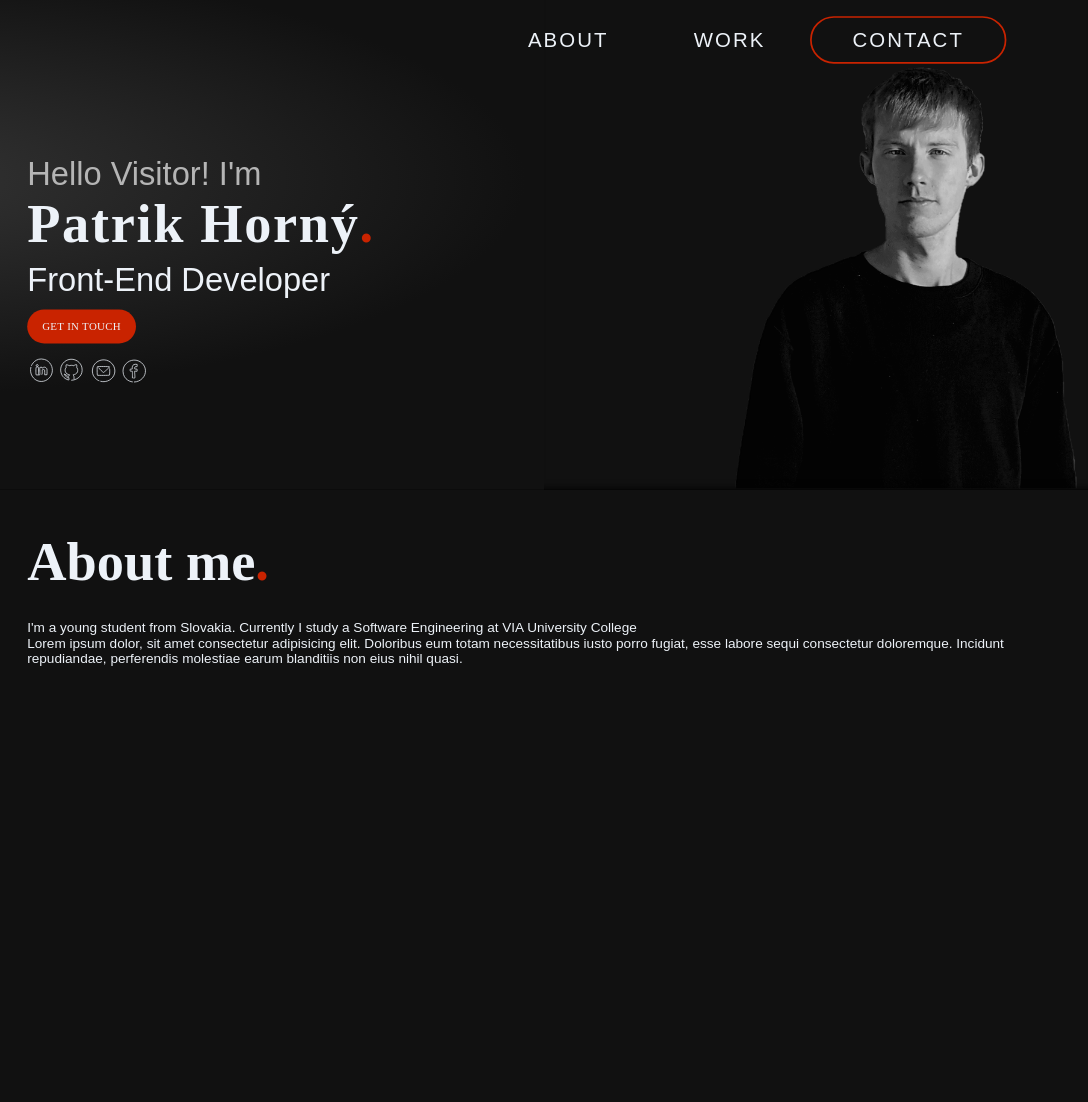
Repository: Spreceriany/portfolio
Page: index.html
The author's editor kept a copy of each file at every save. The page is drawn from the files as they stood at one save, then again after the next save.
The browser window is 1280 px wide. The pictures show the whole page, at 85% of full size.
Some web fonts or font styles are not loaded; a fallback is used. The style sheet was rebuilt from its Sass, Less or Tailwind sources for each picture, by a compiler version that may differ from the author's.

Above is the page before, as saved 2021-03-08 12:19:17.

### index.html
<!DOCTYPE html>
<html lang="en">

<head>
    <meta charset="UTF-8">
    <meta http-equiv="X-UA-Compatible" content="IE=edge">
    <meta name="viewport" content="width=device-width, initial-scale=1.0">
    <title>Patrik Horny | Portfolio</title>
    <link rel="stylesheet" href="css/style.css">
    <link rel="preconnect" href="https://fonts.gstatic.com">
    <link href="https://fonts.googleapis.com/css2?family=Asul&family=Chivo:wght@900&display=swap" rel="stylesheet">
</head>

<body>
    <header>
        <nav>
            <ul>
                <li><a href="#">About</a></li>
                <li><a href="#">Work</a></li>
                <li><a href="#">Contact</a></li>
            </ul>
            <div class="burger">
                <div class="line1"></div>
                <div class="line2"></div>
                <div class="line3"></div>
            </div>
        </nav>
    </header>

    <main>
        <section class="hero">
            <div class="hero__left-col">
                <p class="gray">Hello Visitor! I'm</p>
                <h1>Patrik Horný<span class="orange">.</span></h1>
                <p>Front-End Developer</p>
                <a href="#" class="btn">Get in touch</a>
                <ul>
                    <li><a href="#">
                        <?xml version="1.0" ?><svg height="256px" id="Layer_1" version="1.1" viewBox="0 0 256 256" width="256px" xml:space="preserve" xmlns="http://www.w3.org/2000/svg" xmlns:xlink="http://www.w3.org/1999/xlink"><path class="st0" d="M34.367,105.308c-15.255,58.994,21.499,118.714,77.309,130.865c54.491,11.864,108.741-24.931,122.132-78.209  c13.576-54.011-18.103-112.414-72.055-127.246C77.289,8.035,39.505,84.527,39.501,88.37"/><path class="st0" d="M106.662,168.972c-0.36-21.051,0.978-61.432-0.945-63.422  c-1.923-1.99-17.046-7.923-19.883-12.471c-2.838-4.548-2.011-13.662,8.126-13.674s11.419,8.666,8.78,14.31  c-2.64,5.644-17.584,9.811-19.288,12.105c-1.704,2.294-2.429,68.28,0,69.899c2.429,1.619,32.926,1.484,35.624-0.54  c2.699-2.024-3.374-67.47,0-69.09s17.407-1.889,19.162-1.079c1.754,0.81,0.675,7.692,1.889,8.366  c1.214,0.675,10.171-11.177,24.289-9.446c10.46,1.282,19.837,10.121,21.321,18.892s0.899,34.545,0.54,51.817  c-7.197,0.27-14.394,0.675-21.59,0.945c-0.27-14.574,1.08-33.6-0.81-43.586c-1.889-9.986-22.328-9.849-22.13,0  s1.619,43.586-2.699,43.451" id="linkedin"/></svg>
                    </a></li>
                    <li><a href="#">
                        <?xml version="1.0" ?><svg height="256px" id="Layer_2" version="1.1" viewBox="0 0 256 256" width="256px" xml:space="preserve" xmlns="http://www.w3.org/2000/svg" xmlns:xlink="http://www.w3.org/1999/xlink"><path class="st0" d="M128.1,222.073"/><path class="st0" d="M130.164,226.986c63.917-3.557,108.667-52.057,97.259-116.5c-9.288-52.47-60.722-87.613-112.739-80.577  C61.952,37.041,21.39,85.877,27.386,139.004c5.689,47.857,35.128,70.23,59.685,80.335c5.717,2.353,13.401,5.785,15.997,5.229  c2.596-0.556,1.763-14.95,1.763-21.889c-16,2.459-21.475-3.841-24.875-7.563c-3.857-4.222-6.125-8.563-10.063-14.938  s-11.063-4.875-11.813-8.563s15-2.688,26.313,11.25c8.188,10.146,16.928,7.089,21.625,4.188c0.154-1.612,0.526-3.775,1.438-6.188  c0.967-2.557,3.625-4.104,3.208-5.854c-0.417-1.75-21.804-0.577-34-17.667c-8.809-12.344-9.129-26.955-5.667-37.833  c2.322-7.297,6.196-12.443,8.833-15.417c-1.011-2.162-2.513-6.109-2.583-11.25c-0.076-5.549,1.554-9.796,2.583-12  c3.492,0.104,8.54,0.644,14.25,2.667c5.469,1.937,9.593,4.542,12.333,6.583c4.975-1.671,12.218-3.489,21.083-3.667  c10.135-0.203,18.344,1.819,23.667,3.583c2.616-2.336,6.987-5.648,13.167-7.917c4.489-1.648,8.518-2.229,11.5-2.417  c1.143,2.165,3.075,6.519,3.167,12.332c0.085,5.351-1.426,9.47-2.416,11.664c2.867,3.459,7.394,9.875,9.502,18.995  c0.751,3.249,4.857,20.981-6.996,36.24c-12.408,15.974-33.06,13.524-33.992,15.73c-0.932,2.206,3.964,6.297,6.266,14.877  c2.302,8.58,1.327,24.979,1.327,24.979"/></svg>
                    </a></li>
                    <li><a href="#">
                        <?xml version="1.0" ?><svg height="256px" id="Layer_3" version="1.1" viewBox="0 0 256 256" width="256px" xml:space="preserve" xmlns="http://www.w3.org/2000/svg" xmlns:xlink="http://www.w3.org/1999/xlink"><path class="st0" d="M90.122,111.336c4.814,10.698,40.475,41.901,43.863,42.08s58.662-49.39,57.057-52.778  S79.246,96.18,76.214,99.568c-3.031,3.388-1.962,78.097,0.713,80.237s111.083,2.318,113.401-1.426  c2.318-3.744,4.814-57.414,1.783-60.623"/><path class="st0" d="M108.268,237.352c59.036,15.089,118.653-21.832,130.648-77.676c11.711-54.524-25.236-108.671-78.551-121.912  C106.315,24.34,48.002,56.183,33.321,110.176c-22.447,84.527,54.151,122.097,57.994,122.09"/></svg>
                    </a></li>
                    <li><a href="#">
                        <?xml version="1.0" ?><svg height="256px" id="Layer_1" version="1.1" viewBox="0 0 256 256" width="256px" xml:space="preserve" xmlns="http://www.w3.org/2000/svg" xmlns:xlink="http://www.w3.org/1999/xlink"><g><path class="st0" d="M118.489,204.01c0.668-30.724-0.583-59.627-0.514-61.433c0.099-2.572-16.945,1.061-19.046-1.053   c-2.101-2.114-3.309-18.205-0.521-19.591s15.355,1.129,18.007-0.526c2.652-1.655-11.513-55.269,46.601-43.421   c1.589,0.795-0.132,18.732-1.059,20.122c-0.927,1.39-12.708-1.787-19.062,3.177c-6.354,4.964-3.707,18.664-2.383,19.591   c1.324,0.927,20.188,0.198,21.445,1.589s1.456,18.798,0,20.122c-1.456,1.324-20.819-2.41-22.769-1.058   c-1.606,1.113,4.224,60.038,2.558,62.373c-1.666,2.335-7.731,2.133-11.56,2.226"/><path class="st0" d="M136.577,243.358c60.912-1.648,108.145-53.478,104.395-110.472c-3.662-55.647-54.02-97.612-108.923-95.753   C76.39,39.017,29.02,85.605,29.68,141.555c1.549,87.443,85.505,102.61,89.2,101.551"/></g></svg>
                    </a></li>
                </ul>
            </div>
            <div class="hero__right-col">
                <img src="./img/my_photo.png" alt="my-photo">
            </div>
        </section>

        <section class="about">
            <div class="about__left-col">
                <h2>About me<span class="orange">.</span></h2>

            </div>

            <div class="about__right-col">
                <p>I'm a young student from Slovakia. Currently I study a Software Engineering at VIA University College</p>
                <p>Lorem ipsum dolor, sit amet consectetur adipisicing elit. Doloribus eum totam necessitatibus iusto porro fugiat, esse labore sequi consectetur doloremque. Incidunt repudiandae, perferendis molestiae earum blanditiis non eius nihil quasi.</p>
            </div>
        </section>
    </main>


    <script src="js/script.js"></script>

</body>

</html>

### css/style.scss
body {
  font-family: "Asul", "Chivo", sans-serif;
}

* {
  box-sizing: border-box;
  margin: 0;
  padding: 0;
  -webkit-font-smoothing: antialiased;
  -moz-osx-font-smoothing: grayscale;
}

$white-ish: #edf2f8;
$orange: #c92300;
$gray: #b5b5b5;

.orange {
  color: $orange;

}

.gray {
  color: $gray;
}

header {
  width: 100%;

  margin: 0 auto;
  min-height: 13vh;
  position: absolute;
  top: 0;
  left: 0;
  right: 0;
  display: flex;
  justify-content: flex-end;
  nav {
    min-height: 10vh;
    display: flex;
    align-items: center;
    top: 0;
    right: 0;
    .burger {
      cursor: pointer;
      margin-right: 2em;
      @media (min-width: 996px) {
        display: none;
      }
      div {
        background-color: $orange;
        margin: .3em;
        transition: transform 500ms ease, opacity 500ms ease, width 500ms ease;
        &:nth-child(1) {
          width: 1.5em;
          height: .15em;
        }
        &:nth-child(2) {
          width: 1em;
          height: .15em;
        }

        &:nth-child(3) {
          width: .6em;
          height: .15em;
        }
      }
    }
    ul {
      margin-left: auto;
      display: none;
      @media (min-width: 992px) {
        display: block;
      }

      li {
        display: inline-block;
        padding: 0.5em 2em;
        font-size: 1.5rem;
        text-transform: uppercase;
        cursor: pointer;

        &:last-of-type {
          border: 2px solid $orange;
          border-radius: 9999px;
          background-image: linear-gradient($orange, $orange);
          background-position: 50% 50%;
          background-repeat: no-repeat;
          background-size: 0% 100%;
          transition: background-size 0.3s;
          margin-right: 4em;
          &:hover {
            background-size: 100% 100%;
          }
        }

        &:not(:last-child) a:hover {
          color: $orange;
        }
        a {
          width: 100%;
          text-decoration: none;
          color: $white-ish;
          letter-spacing: 0.1em;
          transition: color 0.3s ease-out;
        }
      }
    }
  }
}

main {
  margin: 0 auto;
  background-color: black;
}

.btn {
  background-color: $orange;
  padding: 1em 0.7em;
  color: $white-ish;
  border-radius: 9999px;
  width: 10em;
  flex-shrink: 0;
  text-align: center;
  text-decoration: none;
  text-transform: uppercase;
  font-family: "Chivo";
  letter-spacing: 0.03em;
  margin: 1em 0;
  font-size: 0.8rem;
  &:hover {
    background-color: transparent;
  }
}

.hero {
  width: 100%;

  margin: 0 auto;
  min-height: 80vh;
  background: radial-gradient(
    59.93% 44.1% at -11.63% 36.77%,
    #343434 0%,
    #111111 100%
  );
  display: grid;
  align-items: center;
  justify-content: center;
  color: $white-ish;
  grid-template-columns: 1fr;

  @media (min-width: 556px) {
    grid-template-columns: 1fr 1fr;
  }

  svg {
    width: 100%;
    height: 100%;
    fill: none;
    stroke: #edf2f8;
    stroke-width: 7;
    stroke-linecap: round;
    stroke-linejoin: round;
    stroke-miterlimit: 10;
    transition: stroke 0.3s, transform 0.3s ease-in;
    &:hover {
      stroke: $orange !important;
      transform: translateY(-2px);
    }
  }

  &__left-col {
    display: flex;
    flex-direction: column;
    padding-left: 2em;
    padding-top: 4em;
    ul {
      list-style-type: none;
      li {
        display: inline-flex;
        width: 2em;
        img {
          width: 100%;
        }
      }
    }

    p {
      font-size: clamp(1rem, 3vw, 2.5rem);
    }

    h1 {
      font-size: clamp(2rem, 5vw, 6rem);
      margin-bottom: 0.1em;
      letter-spacing: 0.03em;
      font-family: 'Chivo';
    }
  }

  &__right-col {
    position: relative;
    height: 100%;
    &::after{
      content: '';
      position: absolute;
      width: 100%;
      height: 100%;
      bottom: 0;
      left: 0;
      box-shadow: inset 0 -10px 10px -10px #000000;

    }
    img {
      position: absolute;
      width: 70%;
      right: 0;
      bottom: 0;
    }
  }
}

.about{
  width: 100%;
  height: 100vh;
  padding-top: 3em;
  background-color: #111111;
  color: $white-ish;
  &__left-col{
    padding-left:2em ;
    h2{
      font-family: 'Chivo';
      font-size: clamp(2rem, 5vw, 6rem);
      margin-bottom: .5em;
    }
  }

  &__right-col{
    padding: 0 2em;
  }
}

Loaded but not shown: js/script.js (no copy from this time; the picture is the same without it)

After the next save:
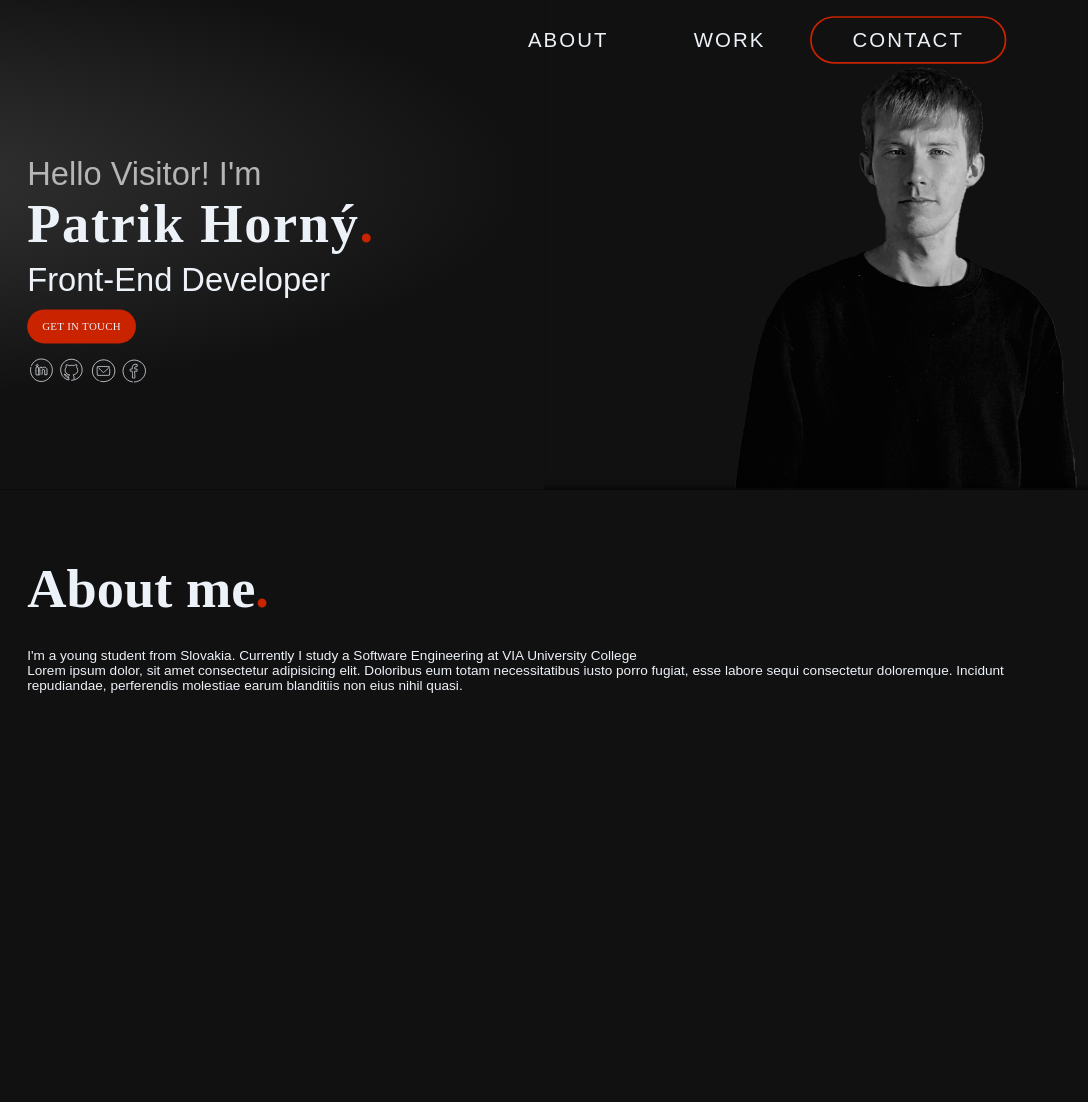
Saved 67 s later.
--- a/css/style.scss
+++ b/css/style.scss
@@ -221,7 +221,7 @@ main {
 .about{
   width: 100%;
   height: 100vh;
-  padding-top: 3em;
+  padding-top: 5em;
   background-color: #111111;
   color: $white-ish;
   &__left-col{
